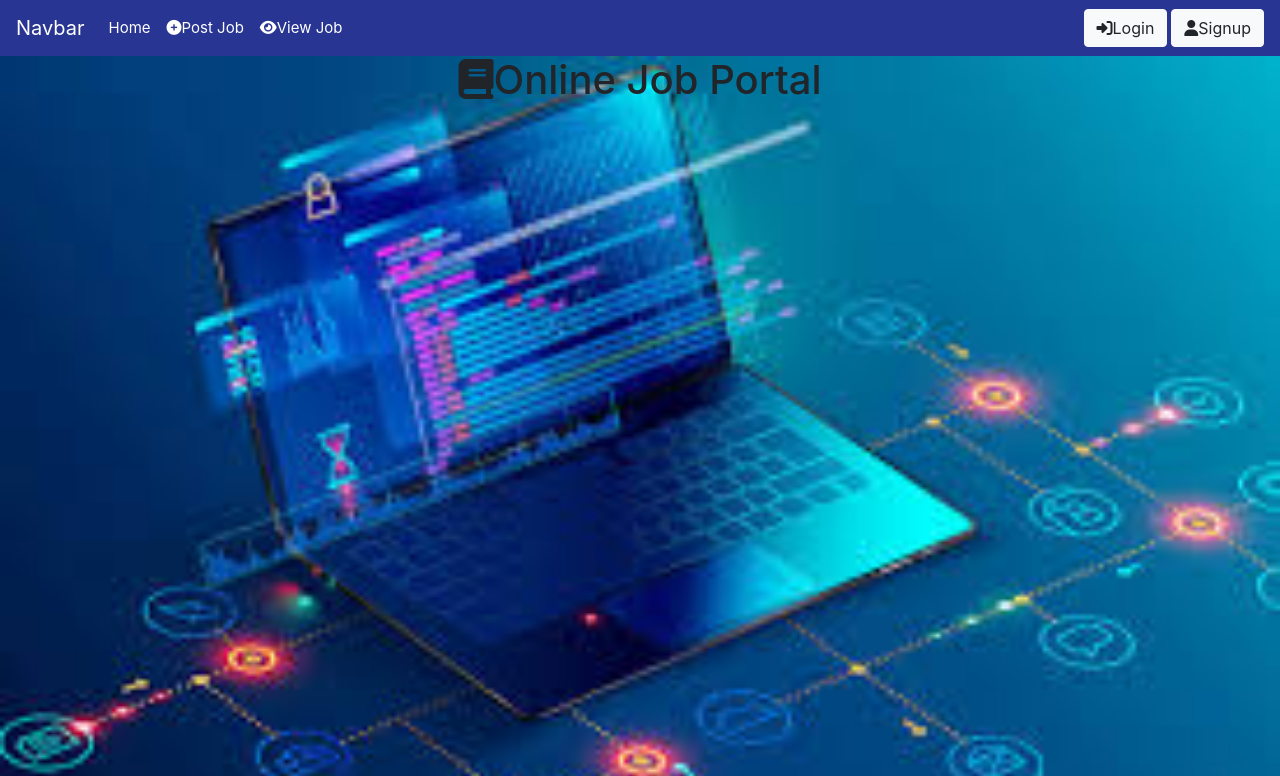
Repository: Pankaj08072001/Adv_Java
Page: http://localhost/06_Job_portal_Project/
An editor plug-in stored every save of this project. The page is shown before and after the next save, followed by the edit.
The browser window is 1280 px wide. The pictures show the whole page.
Some web libraries are served in a nearby version. The page is served by Tomcat 9.

Above is the page before, as saved 2025-03-13 19:09:22.

After the next save:
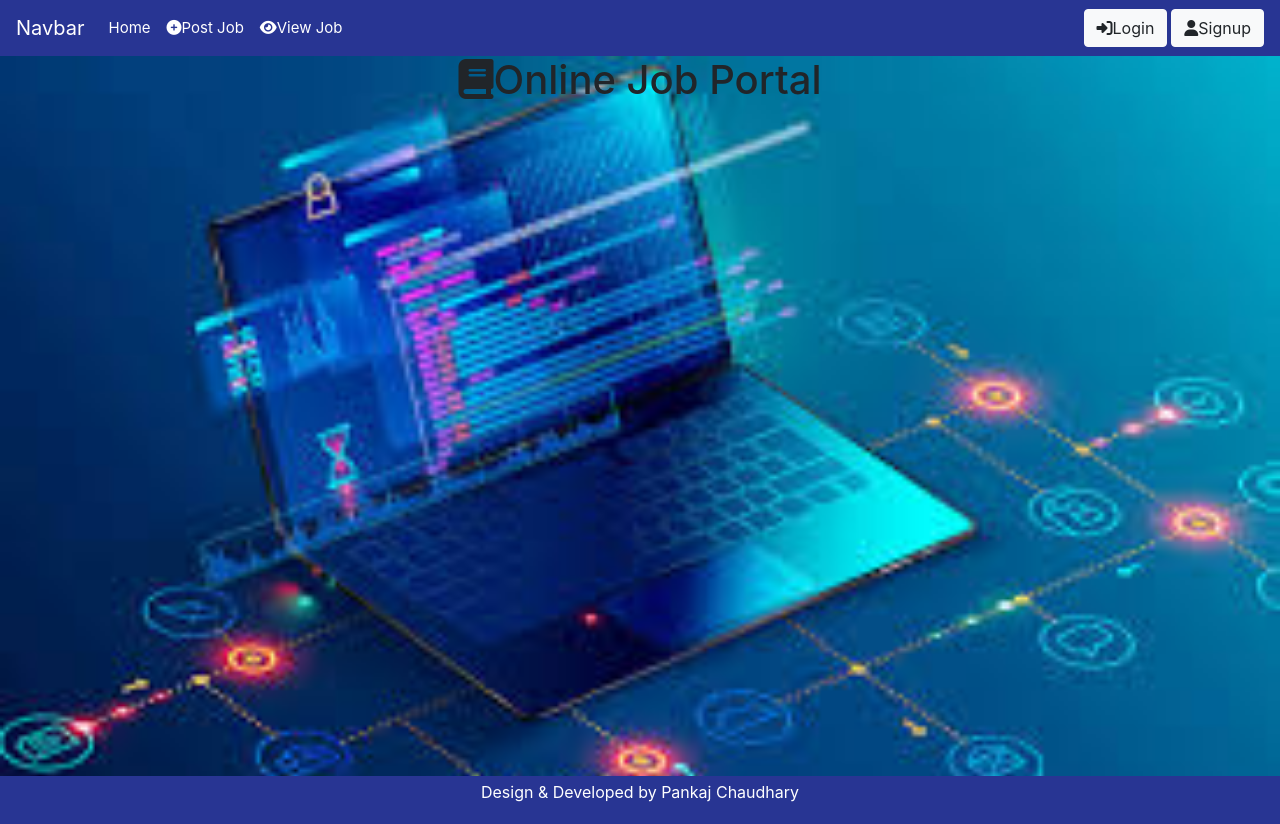
Saved 72 s later.
--- a/06_Job_portal_Project/src/main/webapp/index.jsp
+++ b/06_Job_portal_Project/src/main/webapp/index.jsp
@@ -26,5 +26,7 @@
 
 		</div>
 	</div>
+
+	<%@include file="All_component/footer.jsp" %>
 </body>
 </html>
